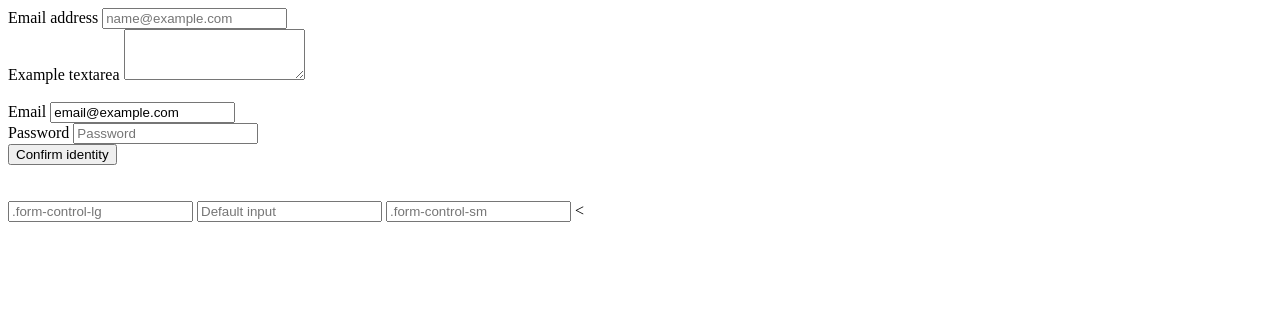
Repository: arunyerram/Web-TEChnologies
Page: Froms.html
These files come from the project's save history. The page is drawn as it stood at one moment and after the next save; the edit follows.
The browser window is 1280 px wide. The pictures show the whole page.

Above is the page before, as saved 2025-02-22 12:58:38.

### Froms.html
<!DOCTYPE html>
<html lang="en">
<head>
    <meta charset="UTF-8">
    <meta name="viewport" content="width=device-width, initial-scale=1.0">
    <title>Document</title>
</head>
<body>
    <div class="mb-3">
        <label for="exampleFormControlInput1" class="form-label">Email address</label>
        <input type="email" class="form-control" id="exampleFormControlInput1" placeholder="name@example.com">
      </div>
      <div class="mb-3">
        <label for="exampleFormControlTextarea1" class="form-label">Example textarea</label>
        <textarea class="form-control" id="exampleFormControlTextarea1" rows="3"></textarea>
      </div>

    <br/>
      <form class="row g-3">
        <div class="col-auto">
          <label for="staticEmail2" class="visually-hidden">Email</label>
          <input type="text" readonly class="form-control-plaintext" id="staticEmail2" value="email@example.com">
        </div>
        <div class="col-auto">
          <label for="inputPassword2" class="visually-hidden">Password</label>
          <input type="password" class="form-control" id="inputPassword2" placeholder="Password">
        </div>
        <div class="col-auto">
          <button type="submit" class="btn btn-primary mb-3">Confirm identity</button>
        </div>


      </form>

      <br/>
      <br/>


      <input class="form-control form-control-lg" type="text" placeholder=".form-control-lg" aria-label=".form-control-lg example">
<input class="form-control" type="text" placeholder="Default input" aria-label="default input example">
<input class="form-control form-control-sm" type="text" placeholder=".form-control-sm" aria-label=".form-control-sm example">



        <
</body>
</html>

After the next save:
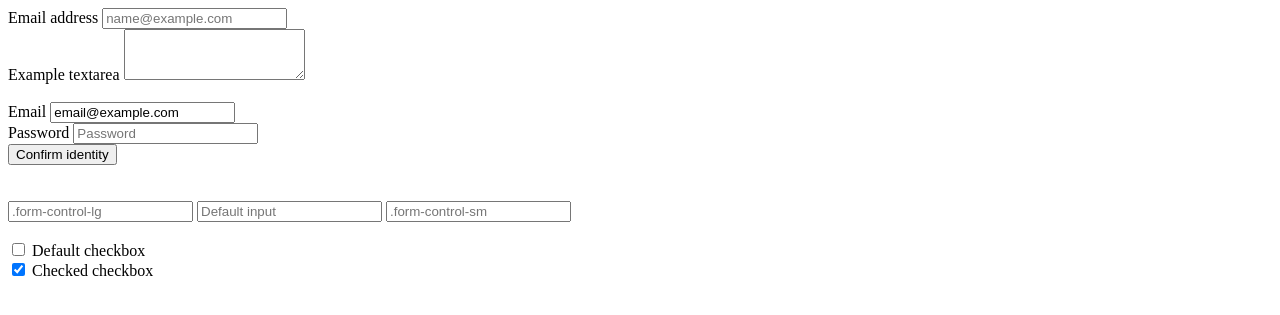
Saved 6 s later.
--- a/Froms.html
+++ b/Froms.html
@@ -42,6 +42,23 @@
 
 
 
-        <
+        <br/>
+
+        <br/>
+
+
+
+        <div class="form-check">
+            <input class="form-check-input" type="checkbox" value="" id="flexCheckDefault">
+            <label class="form-check-label" for="flexCheckDefault">
+              Default checkbox
+            </label>
+          </div>
+          <div class="form-check">
+            <input class="form-check-input" type="checkbox" value="" id="flexCheckChecked" checked>
+            <label class="form-check-label" for="flexCheckChecked">
+              Checked checkbox
+            </label>
+          </div>
 </body>
 </html>
